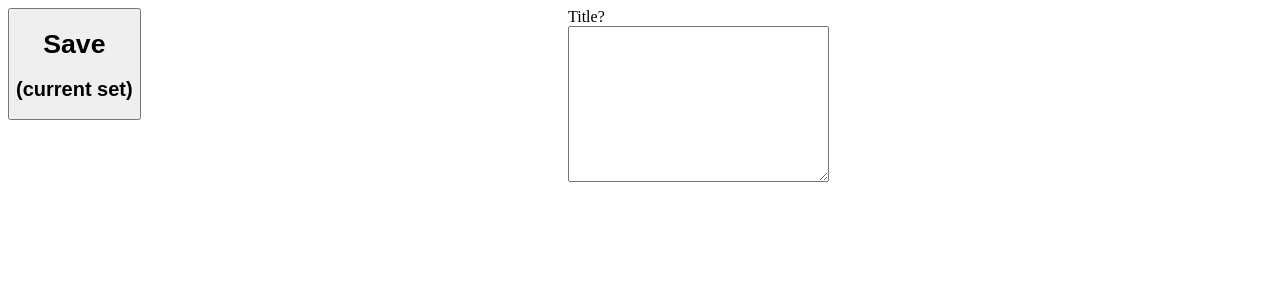
Repository: pixman92/GitTab
Page: popup.html
An editor plug-in stored every save of this project. The page is shown before and after the next save, followed by the edit.
The browser window is 1280 px wide. The pictures show the whole page.

Above is the page before, as saved 2020-01-24 13:36:58.

After the next save:
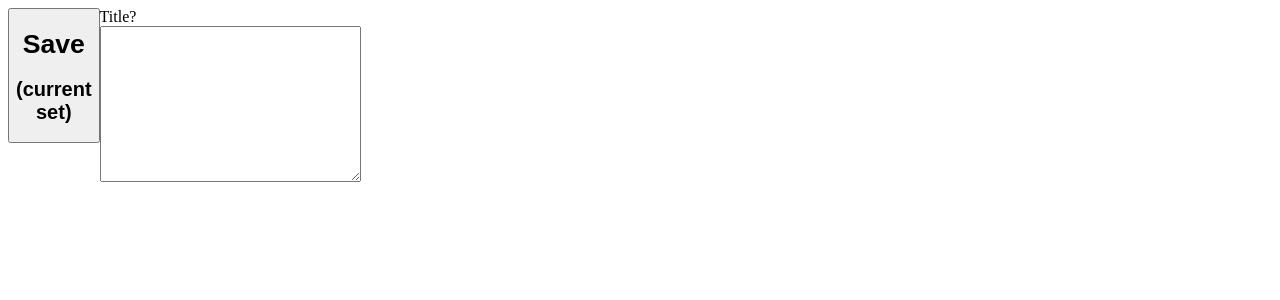
Saved 26 s later.
--- a/popup.html
+++ b/popup.html
@@ -12,9 +12,6 @@ showing the different commands -->
     <!-- <script src="main.js"></script> -->
     <script src="takeMeToBackground.js"></script>
     <style>
-        div{
-            width: 35em;
-        }
         .grid1{
             display: grid;
             grid-template-columns: 0fr .2fr;
